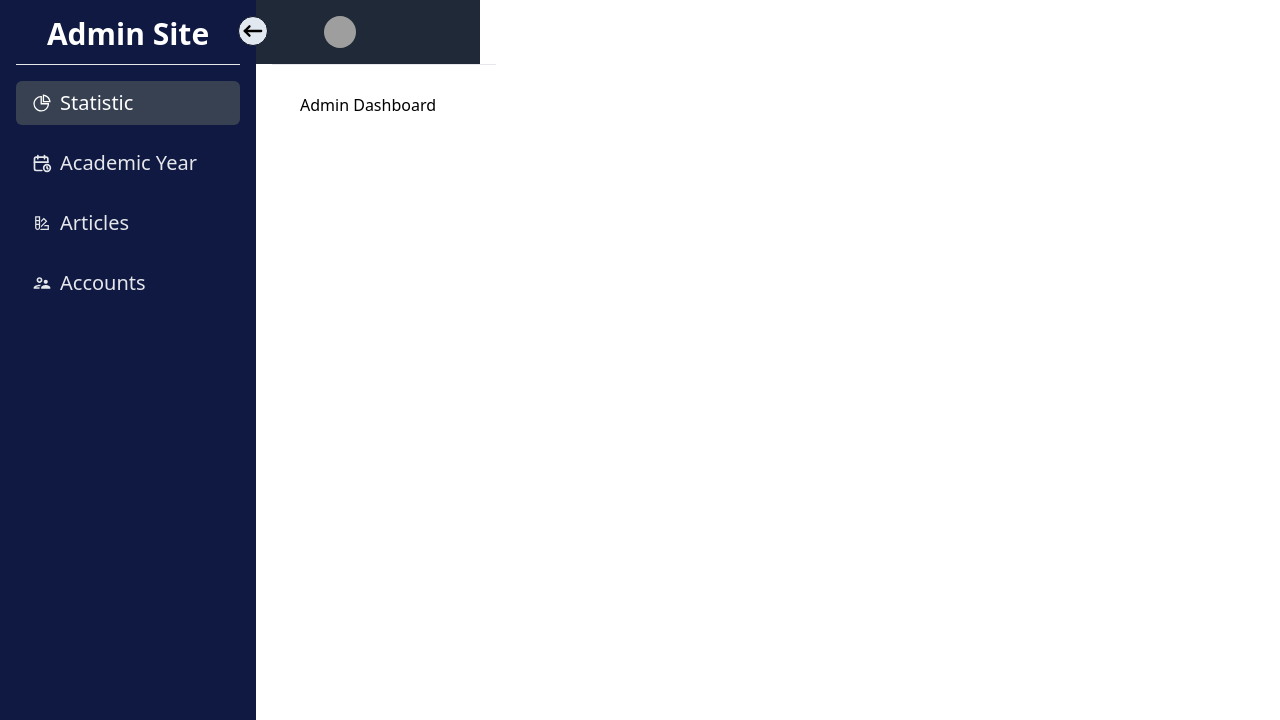
Repository: huynhvanngoan/COMP1640FE-Template
Page: /admin
An editor plug-in stored every save of this project. The page is shown before and after the next save, followed by the edit.
The browser window is 1280 px wide. The pictures show the whole page.
Pictures or frames that could not be fetched are drawn as grey boxes. The project was rebuilt for these pictures with package versions that can differ from the ones it lists, and the page was loaded fresh each time. Also part of the build but not shown: src/components/buttonStyles.js, src/pages/LoginPage.jsx, src/pages/student/StudentDashboard.jsx, src/pages/department/DepartmentDashboard.jsx, src/pages/marketing/MarketingDashboard.jsx, src/pages/guest/GuestDashboard.jsx.

Above is the page before, as saved 2024-03-24 07:42:12.

After the next save:
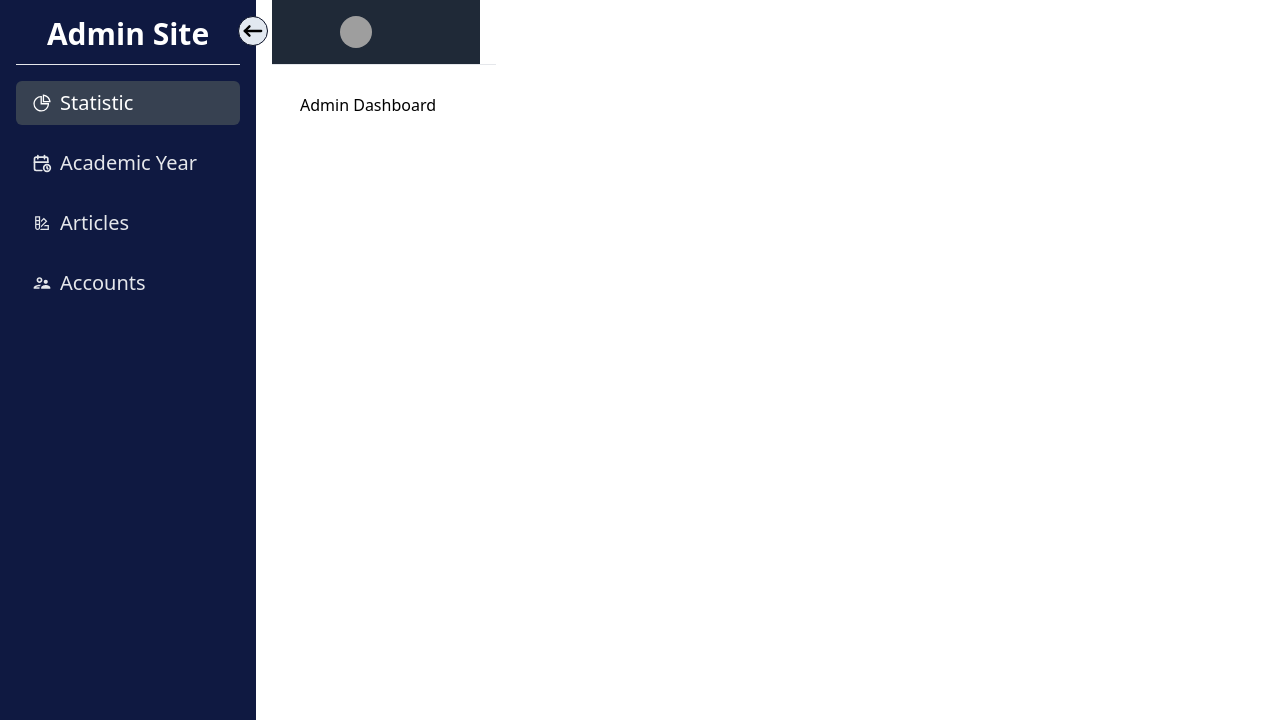
Saved 21 s later.
--- a/src/pages/admin/Header.js
+++ b/src/pages/admin/Header.js
@@ -7,7 +7,7 @@ function classNames(...classes) {
 
 export default function Header() {
   return (
-    <Disclosure as="nav" className="bg-gray-800 right-0 w-7xl">
+    <Disclosure as="nav" className="bg-gray-800 ml-4 right-0 w-7xl">
       {({ open }) => (
         <>
           <div className="mx-auto max-w-full px-2 sm:px-6 lg:px-8">
